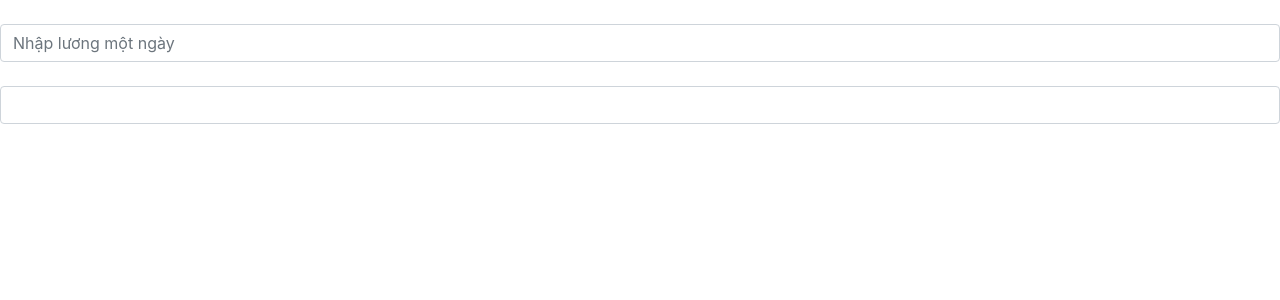
Repository: thanhfrankie/BC10-LeMinhThanh-Js-b2-3
Page: index.html
An editor plug-in stored every save of this project. The page is shown before and after the next save, followed by the edit.
The browser window is 1280 px wide. The pictures show the whole page.

Above is the page before, as saved 2023-12-15 09:58:23.

After the next save:
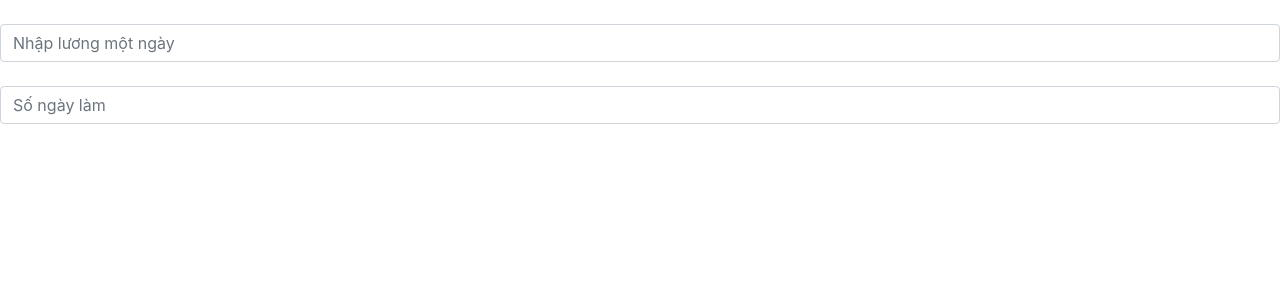
Saved 7 s later.
--- a/index.html
+++ b/index.html
@@ -16,7 +16,7 @@
           class="form-control" name="" id="" aria-describedby="helpId" placeholder="Nhập lương một ngày">
         <label for=""></label>
         <input type="text"
-          class="form-control" name="" id="" aria-describedby="helpId" placeholder="">
+          class="form-control" name="" id="" aria-describedby="helpId" placeholder="Số ngày làm">
       </div>
 
 
